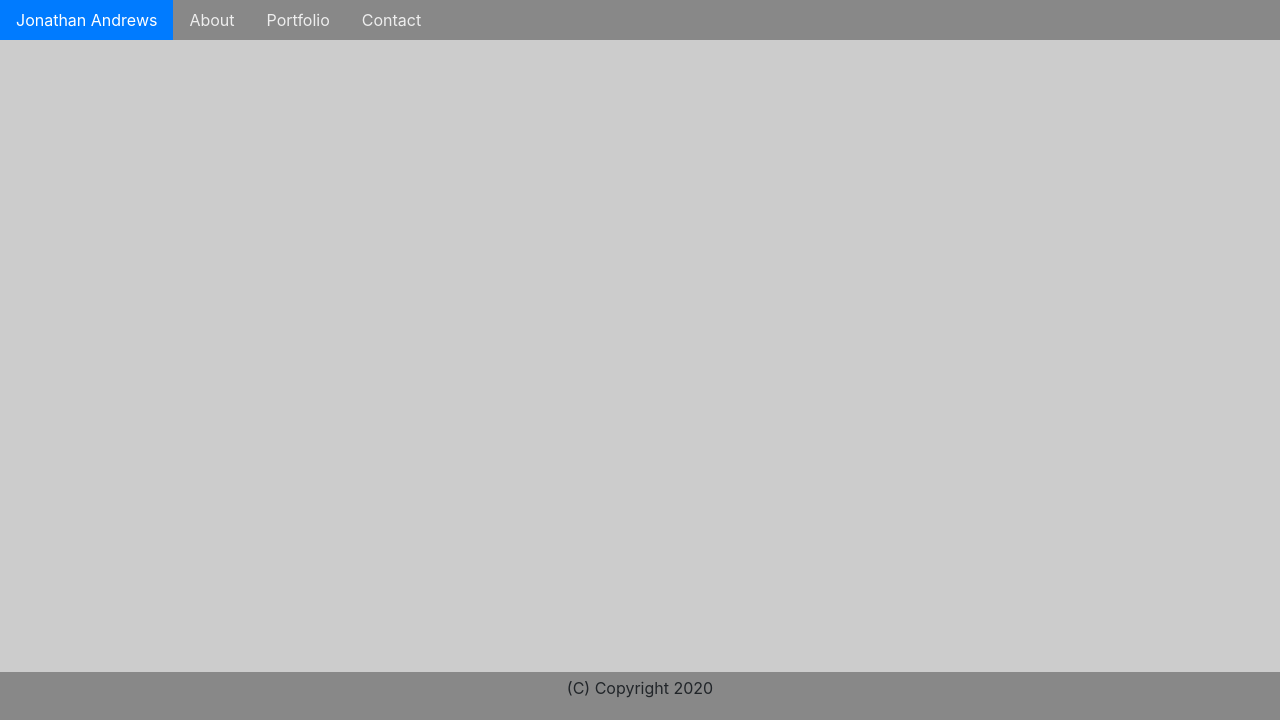
Repository: ionathas78/ionathas78.github.io
Page: portfolio.html
These files come from the project's save history. The page is drawn as it stood at one moment and after the next save; the edit follows.
The browser window is 1280 px wide. The pictures show the whole page.

Above is the page before, as saved 2020-03-17 17:24:00.

After the next save:
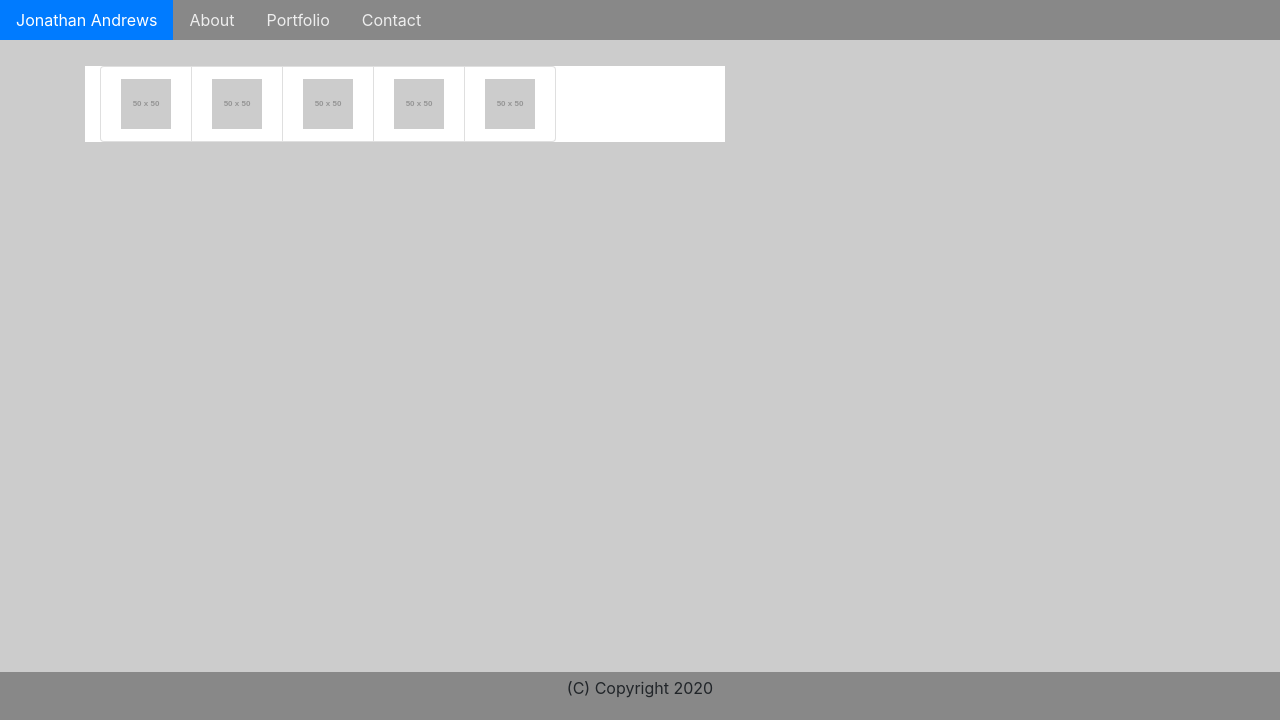
Saved 4 min 32 s later.
--- a/portfolio.html
+++ b/portfolio.html
@@ -29,9 +29,14 @@
         <div class="row">
             <div class="col-lg-4">
                 <div class="container clearfix" style="width: 50vw; max-width: 900px; background-color: white; margin-top: 2vw;">
-
-
-                  </div>
+                    <ul class="list-group list-group-horizontal">
+                        <li class="list-group-item"><a href="" target="_blank"><img src="https://via.placeholder.com/50" alt="Placeholder Item Image"/></a></li>
+                        <li class="list-group-item"><a href="" target="_blank"><img src="https://via.placeholder.com/50" alt="Placeholder Item Image"/></a></li>
+                        <li class="list-group-item"><a href="" target="_blank"><img src="https://via.placeholder.com/50" alt="Placeholder Item Image"/></a></li>
+                        <li class="list-group-item"><a href="" target="_blank"><img src="https://via.placeholder.com/50" alt="Placeholder Item Image"/></a></li>
+                        <li class="list-group-item"><a href="" target="_blank"><img src="https://via.placeholder.com/50" alt="Placeholder Item Image"/></a></li>
+                      </ul>
+                </div>
             </div>
         </div>
     </div>
